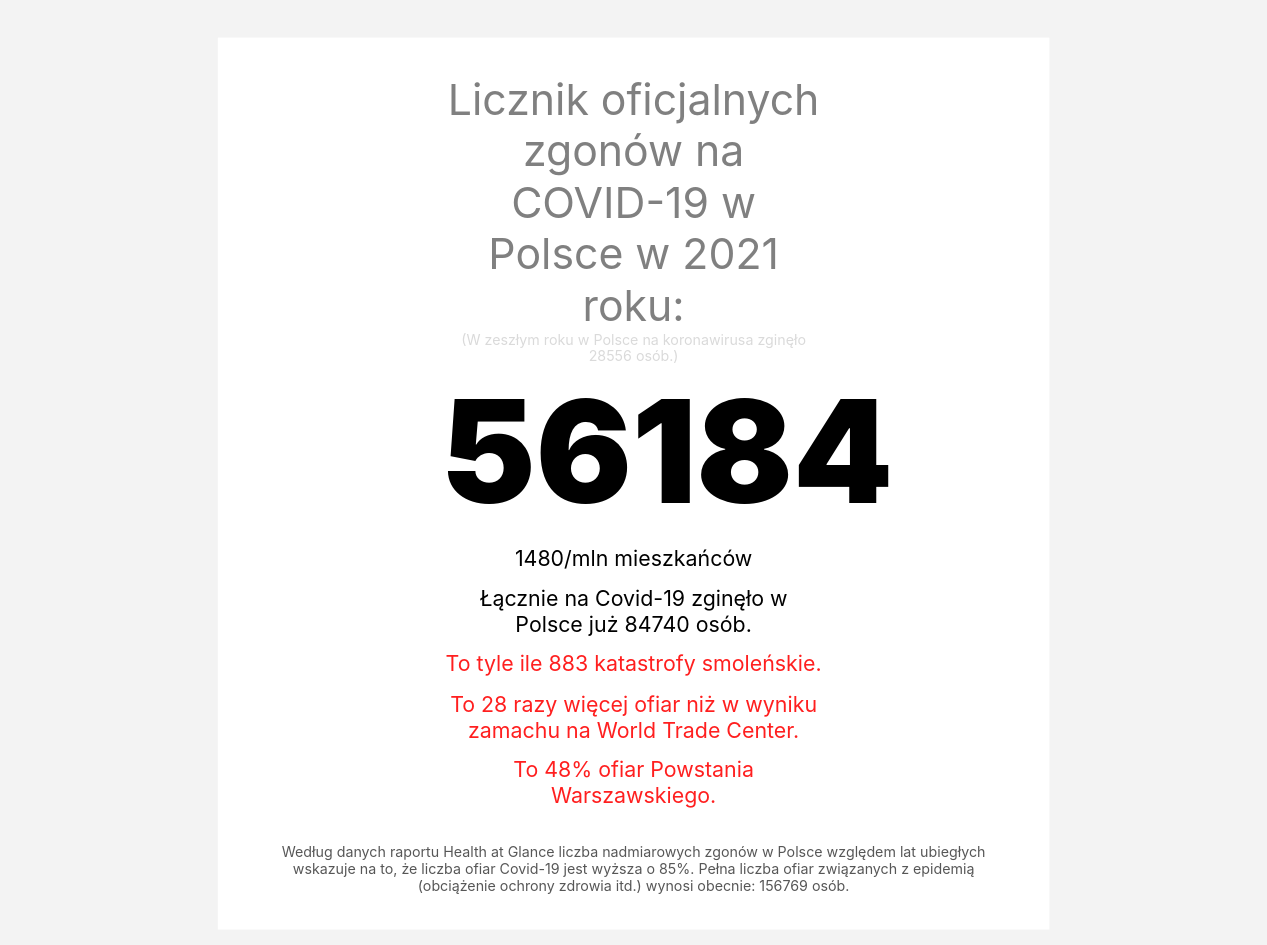
Repository: michalgornicki/poland-covid
Page: /
An editor plug-in stored every save of this project. The page is shown before and after the next save, followed by the edit.
The browser window is 1280 px wide. The pictures show the whole page, at 99% of full size.
The project was rebuilt for these pictures with package versions that can differ from the ones it lists, and the page was loaded fresh each time.

Above is the page before, as saved 2021-12-04 21:15:54.

### src/App.jsx
import React, { useEffect } from "react";
import "./App.css";

function App() {
  const startTime = () => {
    const date = new Date();
    let miliseconds = date.getTime();
    let seconds = Math.round(miliseconds / 1000);
    let thisYearSeconds = Math.round(seconds - 1609401600);
    let deaths = Math.round(thisYearSeconds * 0.00192110763);
    let allDeaths = deaths + 28556;
    let excessDeaths = Math.round(allDeaths*1.85);
    let smolensk = Math.round(allDeaths / 96);
    let tradeCenter = Math.round(allDeaths / 2977);
    let uprising = (allDeaths / 175000).toFixed(2) * 100;


    document.getElementsByClassName("counter")[0].innerHTML = deaths;
    let deathsPerMillion = Math.round(deaths / 37.95);
    document.getElementsByClassName("counter-2")[0].innerHTML =
      deathsPerMillion + "/mln mieszkańców";
    document.getElementsByClassName("counter-3")[0].innerHTML =
      "Łącznie na Covid-19 zginęło w Polsce już " + (deaths + 28556) + " osób.";
    document.getElementsByClassName("counter-4")[0].innerHTML =
      "To tyle ile " + smolensk + " katastrofy smoleńskie.";
      document.getElementsByClassName("counter-4")[1].innerHTML =
      "To " + tradeCenter + " razy więcej ofiar niż w wyniku zamachu na World Trade Center.";
      document.getElementsByClassName("counter-4")[2].innerHTML =
      "To " + uprising + "% ofiar Powstania Warszawskiego.";

      document.getElementsByClassName("counter-5")[0].innerHTML =
      "Według danych raportu Health at Glance liczba nadmiarowych zgonów w Polsce względem lat ubiegłych wskazuje na to, że liczba ofiar Covid-19 jest wyższa o 85%. Pełna liczba ofiar związanych z epidemią (obciążenie ochrony zdrowia itd.) wynosi obecnie: " + (excessDeaths) + " osób.";

    setTimeout(startTime, 1000);
  };

  useEffect(() => {
    startTime();
  });

  return (
    <p>
      <div className="text-container">
        <div className="header">
          Licznik oficjalnych zgonów na COVID-19 w Polsce w 2021 roku:
        </div>
        <div className="header-2">
          (W zeszłym roku w Polsce na koronawirusa zginęło 28556 osób.)
        </div>
        <div className="counter">{""}</div>
        <div className="counter-2">{""}</div>
        <div className="counter-3"></div>
        <div className="counter-4"></div>
        <div className="counter-4"></div>
        <div className="counter-4"></div>
        <div className="counter-5"></div>
      </div>
    </p>
  );
}

export default App;

### src/App.css
body{
    background-color: rgb(243, 243, 243);
}

.text-container{
    display: block;
    margin: auto;
    margin-top: 3%;
    background-color: white;
    width: 60%;
    padding: 5vmin;
}

.header{
    font-size: 6vmin;
    display: block;
    margin: auto;
    width: 50%;
    text-align: center;
    color: gray;
}

.header-2{
    font-size: 2vmin;
    display: block;
    margin: auto;
    width: 50%;
    text-align: center;
    color: rgb(218, 218, 218);
}

.counter{
    font-size: 20vmin;
    font-weight: 900;
    display: block;
    margin: auto;
    width: 50%;
    text-align: center;
    color: rgb(0, 0, 0);
}

.counter-2{
    font-size: 3vmin;
    display: block;
    margin: auto;
    margin-top: 1vmin;
    width: 50%;
    text-align: center;
}

.counter-3{
    font-size: 3vmin;
    display: block;
    margin: auto;
    margin-top: 2vmin;
    width: 50%;
    text-align: center;
    color: rgb(0, 0, 0);
}

.counter-4{
    font-size: 3vmin;
    display: block;
    margin: auto;
    margin-top: 2vmin;
    width: 50%;
    text-align: center;
    color: rgb(255, 31, 31);
}


.counter-5{
    font-size: 2vmin;
    display: block;
    margin: auto;
    margin-top: 5vmin;
    width: fit-content;
    text-align: center;
    color: rgb(87, 87, 87);
}

@media only screen and (max-width: 800px) {

    .text-container{
        display: block;
        margin: auto;
        margin-top: 3%;
        background-color: white;
        width: 90%;
        padding: 5vmin;
    }

    .header{
        font-size: 9vmin;
        display: block;
        margin: auto;
        width: 100%;
        text-align: center;
        color: gray;
    }

    .header-2{
        font-size: 5vmin;
        display: block;
        margin: auto;
        width: 100%;
        text-align: center;
        color: rgb(218, 218, 218);
    }

    .counter{
        font-size: 28vmin;
        font-weight: 900;
        display: block;
        margin: auto;
        width: fit-content;
        text-align: center;
        color: rgb(0, 0, 0);
    }

    .counter-2{
        font-size: 6vmin;
        display: block;
        margin: auto;
        margin-top: 1vmin;
        width: fit-content;
        text-align: center;
    }

    .counter-3{
        font-size: 6vmin;
        display: block;
        margin: auto;
        margin-top: 2vmin;
        width: fit-content;
        text-align: center;
        color: rgb(0, 0, 0);
    }

    .counter-4{
        font-size: 6vmin;
        display: block;
        margin: auto;
        margin-top: 10vmin;
        width: fit-content;
        text-align: center;
        color: rgb(255, 31, 31);
    }

}

Loaded but not shown: public/index.html (common file); src/index.js (common file); src/index.css (common file); src/reportWebVitals.js (common file)

After the next save:
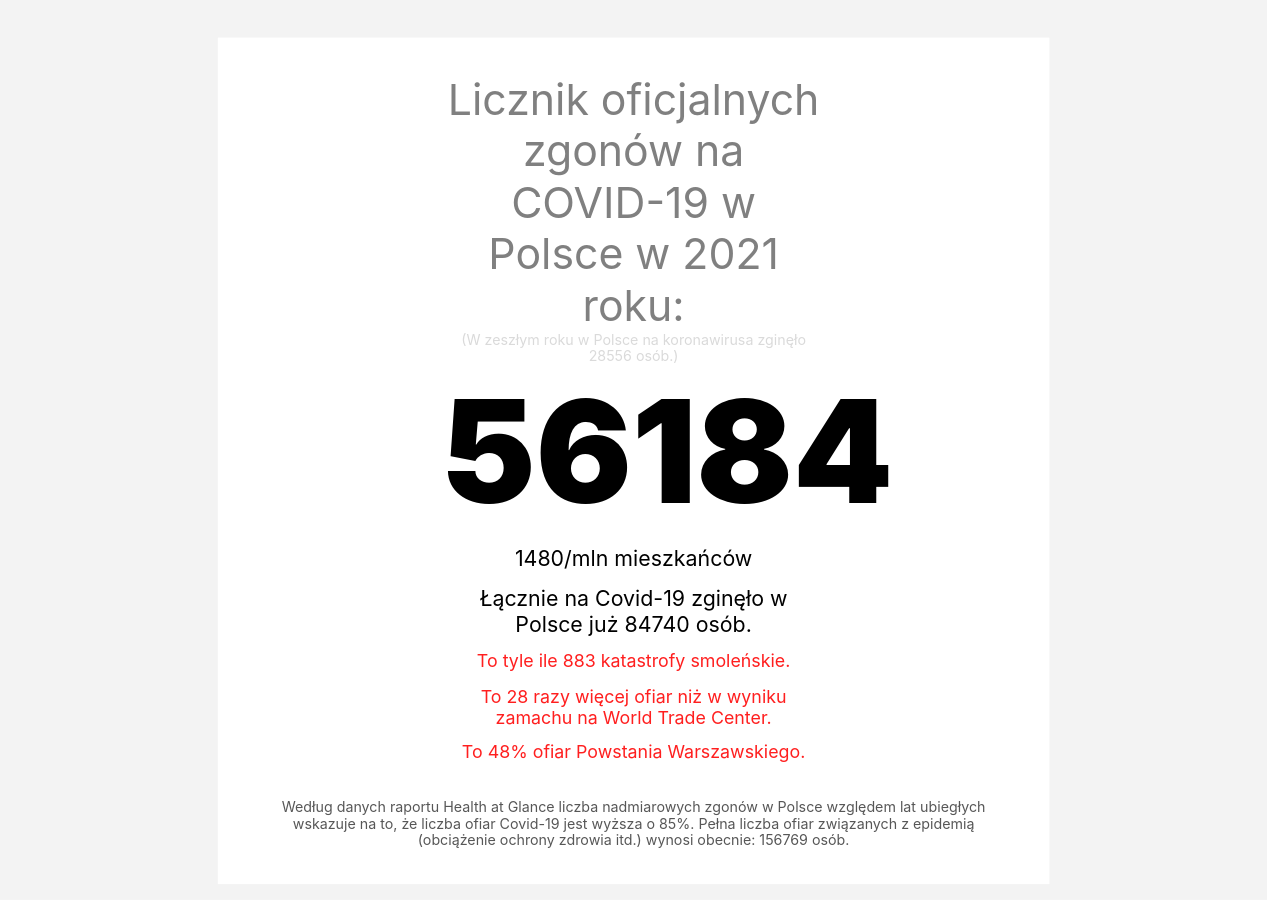
Saved 9 s later.
--- a/src/App.css
+++ b/src/App.css
@@ -59,7 +59,7 @@ body{
 }
 
 .counter-4{
-    font-size: 3vmin;
+    font-size: 2.5vmin;
     display: block;
     margin: auto;
     margin-top: 2vmin;
